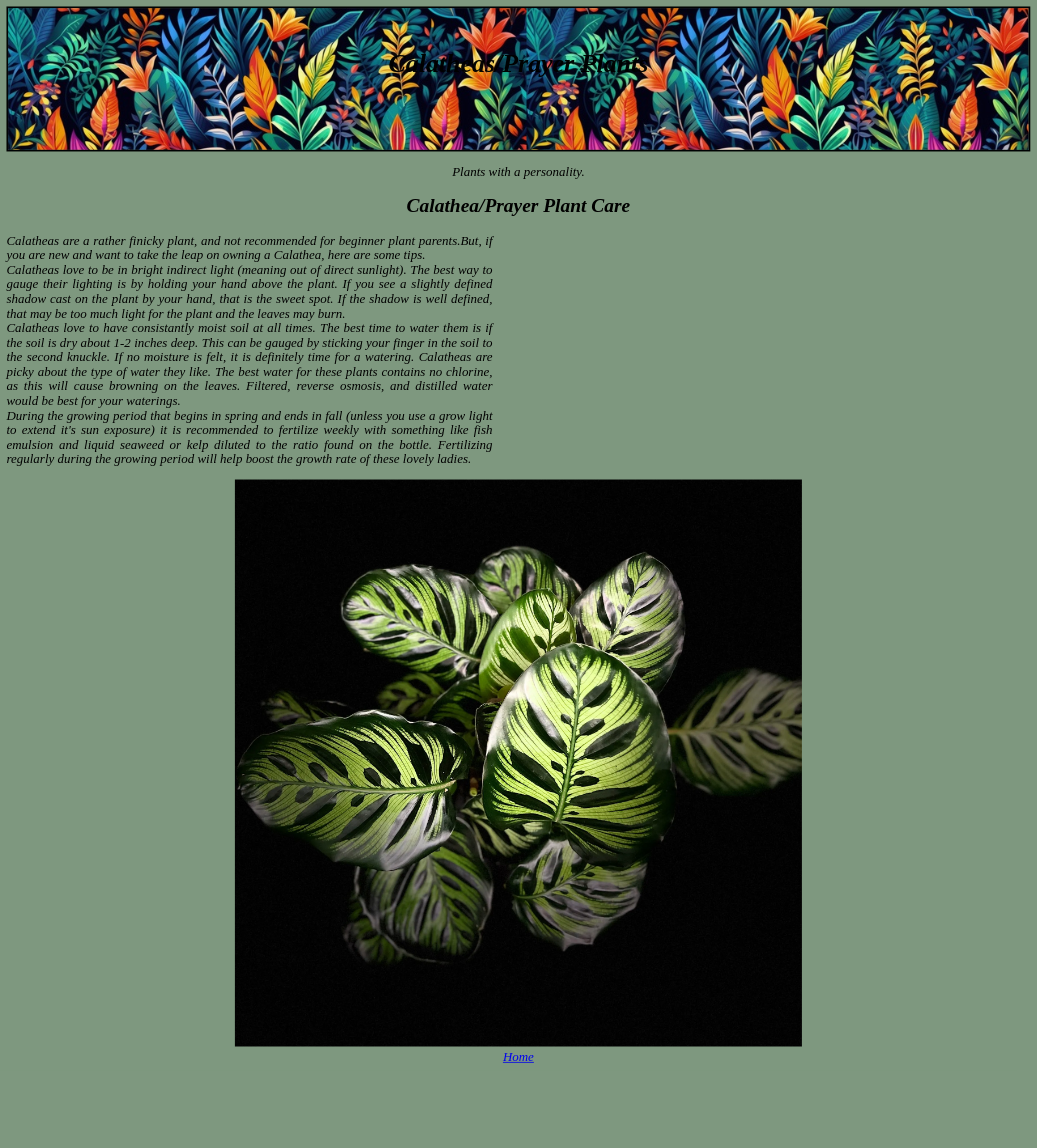
Repository: swillis91/odin-recipies
Page: Planty Page/calatheas.html
An editor plug-in stored every save of this project. The page is shown before and after the next save, followed by the edit.
The browser window is 1280 px wide. The pictures show the whole page, at 81% of full size.

Above is the page before, as saved 2023-08-11 00:28:36.

After the next save:
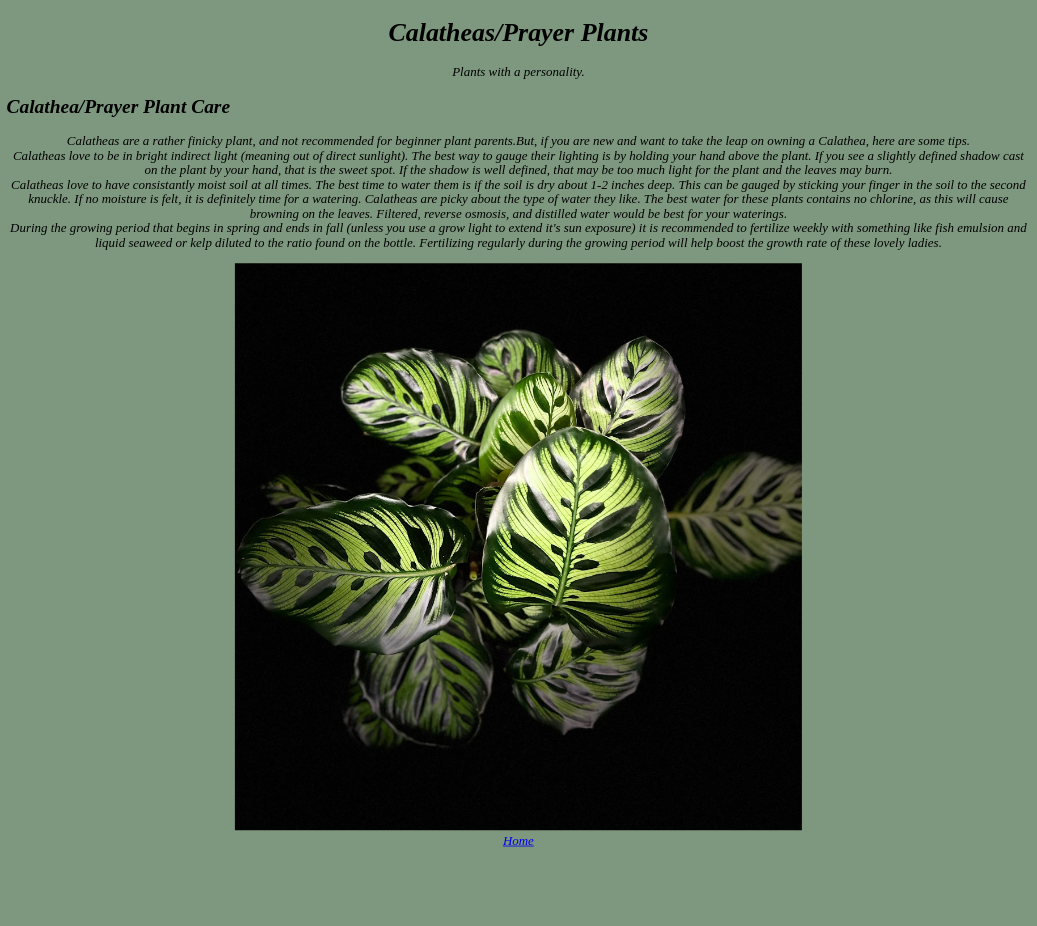
Saved 15 min 30 s later.
--- a/Planty Page/calatheas.html
+++ b/Planty Page/calatheas.html
@@ -5,10 +5,10 @@
             <link href="style.css" rel="stylesheet"
         </head>
         <body>
-            <h1 class="heading">Calatheas/Prayer Plants</h1>
+            <h1>Calatheas/Prayer Plants</h1>
               <p>Plants with a personality.</p>
-            <h2>Calathea/Prayer Plant Care</h2>
-              <p class="care">Calatheas are a rather finicky plant, and not recommended for beginner plant parents.But, if you are new and want to take the leap on owning a Calathea, here are some tips.
+            <h2 class="care">Calathea/Prayer Plant Care</h2>
+              <p>Calatheas are a rather finicky plant, and not recommended for beginner plant parents.But, if you are new and want to take the leap on owning a Calathea, here are some tips.
                 <br>
                 Calatheas love to be in bright indirect light (meaning out of direct sunlight). The best way to gauge their lighting is by holding your hand above the plant. If you see a slightly defined shadow cast on the plant by your hand, that is the sweet spot. If the shadow is well defined, that may be too much light for the plant and the leaves may burn.
                 <br>
